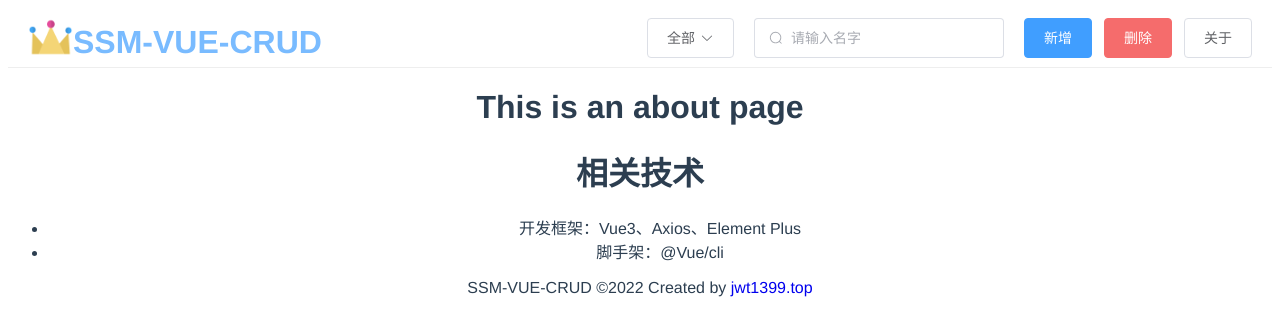
Repository: jwt1399/ssm-vue-crud
Page: /#/about (app in ssm-crud-front/)
These files come from the project's save history. The page is drawn as it stood at one moment and after the next save; the edit follows.
The browser window is 1280 px wide. The pictures show the whole page.
The project was rebuilt for these pictures with package versions that can differ from the ones it lists, and the page was loaded fresh each time. Also part of the build but not shown: ssm-crud-front/vue.config.js, ssm-crud-front/src/components/Form.vue, ssm-crud-front/src/views/CrudView.vue.

Above is the page before, as saved 2022-06-09 12:44:06.

### ssm-crud-front/public/index.html
<!DOCTYPE html>
<html lang="zh-Hans">
  <head>
    <meta charset="utf-8">
    <meta http-equiv="X-UA-Compatible" content="IE=edge">
    <meta name="viewport" content="width=device-width,initial-scale=1.0">
    <link rel="icon" href="<%= BASE_URL %>favicon.png">
    <title><%= htmlWebpackPlugin.options.title %></title>
  </head>
  <body>
    <noscript>
      <strong>We're sorry but <%= htmlWebpackPlugin.options.title %> doesn't work properly without JavaScript enabled. Please enable it to continue.</strong>
    </noscript>
    <div id="app"></div>
    <!-- built files will be auto injected -->
  </body>
</html>

### ssm-crud-front/src/main.js
import { createApp } from 'vue'
import App from './App.vue'
import router from './router'
import ElementPlus from 'element-plus'
import 'element-plus/dist/index.css'
import * as ElementPlusIconsVue from '@element-plus/icons-vue'

const app = createApp(App)

//配置全局icon
for (const [key, component] of Object.entries(ElementPlusIconsVue)) {
    app.component(key, component)
  }

app.use(router).use(ElementPlus).mount('#app')

### ssm-crud-front/src/App.vue
<template>
  <Header/>
  <router-view/>
  <Footer/>
</template>

<script>
import Header from '@/components/Header.vue'
import Footer from '@/components/Footer.vue'
export default {
    components: {
        Header,
        Footer,
    }
}
</script>

<style>
#app {
  font-family: Avenir, Helvetica, Arial, sans-serif;
  -webkit-font-smoothing: antialiased;
  -moz-osx-font-smoothing: grayscale;
  text-align: center;
  color: #2c3e50;
}
</style>

### ssm-crud-front/src/router/index.js
import { createRouter, createWebHashHistory } from 'vue-router'
import CrudView from '../views/CrudView.vue'
const routes = [
  {
    path: '/',
    name: 'home',
    component: CrudView
  },
  {
    path: '/about',
    name: 'about',
    // route level code-splitting
    // this generates a separate chunk (about.[hash].js) for this route
    // which is lazy-loaded when the route is visited.
    component: () => import(/* webpackChunkName: "about" */ '../views/AboutView.vue')
  }
]

const router = createRouter({
  history: createWebHashHistory(),
  routes
})

export default router

### ssm-crud-front/src/components/Header.vue
<template>
 <el-header class="header">
    <div class="nav">
        <a href="/" class="nav-link">
            <img src="../assets/favicon.png" alt="logo" class="nav-logo">
            <h1 class="nav-title ">SSM-VUE-CRUD</h1>
        </a>
    </div>
    <div class="nav-item">
        <el-dropdown>
            <el-button size="large">
                全部
                <el-icon class="el-icon--right">
                    <arrow-down />
                </el-icon>
            </el-button>
            <template #dropdown>
                <el-dropdown-menu>
                    <el-dropdown-item>Action 1</el-dropdown-item>
                    <el-dropdown-item>Action 2</el-dropdown-item>
                </el-dropdown-menu>
            </template>
        </el-dropdown>

        <div class="nav-search">
            <el-input
            placeholder="请输入名字"
            v-model="search"
            size="large"
            @change="searchChange"
            clearable >
                <template #prefix>
                    <el-icon class="el-input__icon"><search /></el-icon>
                </template>
            </el-input>

        </div>
        <el-button type="primary" size="large" @click="addEmployee()">新增</el-button>
        <el-button type="danger" size="large" @click="batchDeleteEmployee()">删除</el-button>
        <!-- <router-link to='/about'> -->
        <el-button type="default" size="large" @click="skipAbout()">关于</el-button>
        <!-- </router-link> -->
    </div>
</el-header>
</template>

<script>
import { useRouter } from 'vue-router'

export default {
    name: 'Header',
    setup() {
        const router = useRouter()
        const skipAbout = ()=>{
        // window.location.href='#/about';
        // router.push({path:'about'})
        router.push({ name: 'about'})
        }
        return {
            skipAbout,
        }
    },

}


</script>



<style scoped>
.nav-logo {
	height: 45px;
	width: 45px;
	vertical-align: middle;
	display: inline-block;
}

.nav-title {
	font-size: 2rem;
	display: inline-block;
	vertical-align: middle;
	color: #79bbff;
	padding-top: 10px;
}

.nav-item {
	display: flex;
	align-items: center;
}

.nav-search {
	width: 250px;
	margin: 0 20px;
}

.header {
	display: flex;
	align-items: center;
	justify-content: space-between;
	width: 100%;
	border-bottom: 1px solid #eee;
	min-width: 800px;
}



</style>

### ssm-crud-front/src/components/Footer.vue
<template>
<el-footer class="footer">
    <span>SSM-VUE-CRUD ©2022 Created by </span>
    <a href="https://jwt1399.top" style="text-decoration: none;"> jwt1399.top</a>
 </el-footer>
</template>


<script>
export default{
    name:'Footer',
}
</script>

<style scoped>
.footer {
    text-align: center;
    position: ;
}


</style>

### ssm-crud-front/src/views/AboutView.vue
<template>
  <div class="about">
    <h1>This is an about page</h1>
    <h1>相关技术</h1>
    <ul>
      <li>开发框架：Vue3、Axios、Element Plus</li>
      <li>脚手架：@Vue/cli</li>
    </ul>
  </div>
</template>

After the next save:
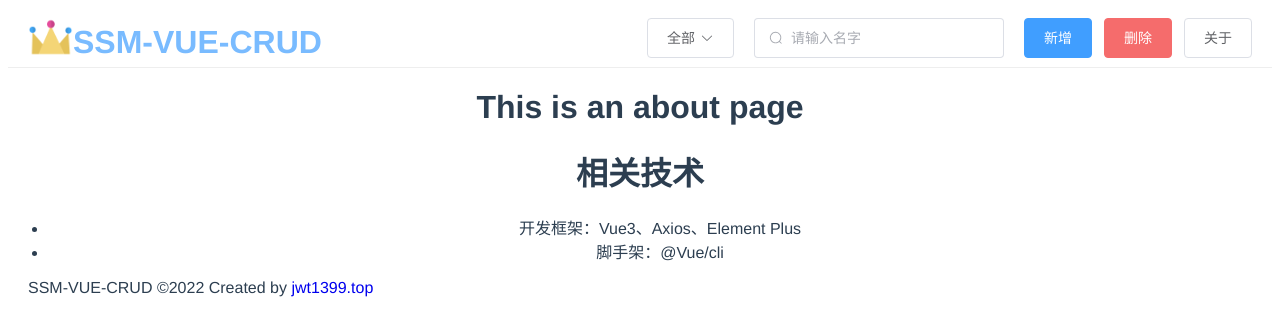
Saved 9 s later.
--- a/ssm-crud-front/src/components/Footer.vue
+++ b/ssm-crud-front/src/components/Footer.vue
@@ -15,7 +15,7 @@
 <style scoped>
 .footer {
     text-align: center;
-    position: ;
+    position: absolute;
 }
 
 

After the save that followed:
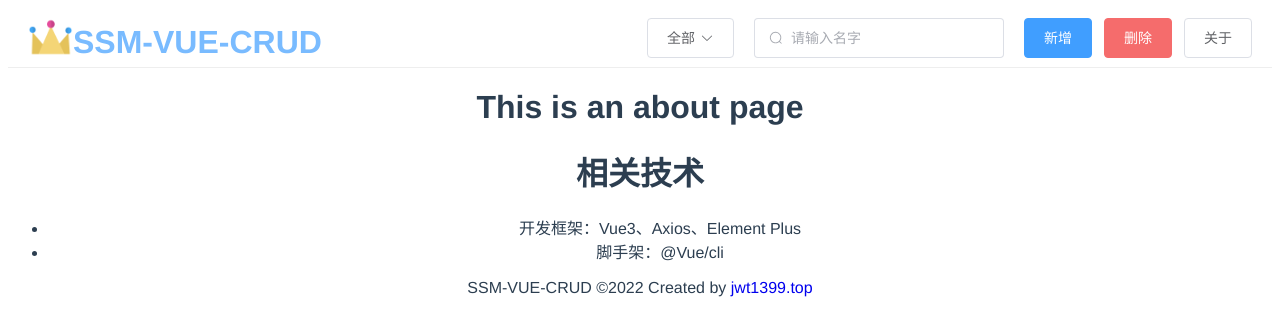
Saved 13 s later.
--- a/ssm-crud-front/src/components/Footer.vue
+++ b/ssm-crud-front/src/components/Footer.vue
@@ -15,7 +15,6 @@
 <style scoped>
 .footer {
     text-align: center;
-    position: absolute;
 }
 
 
